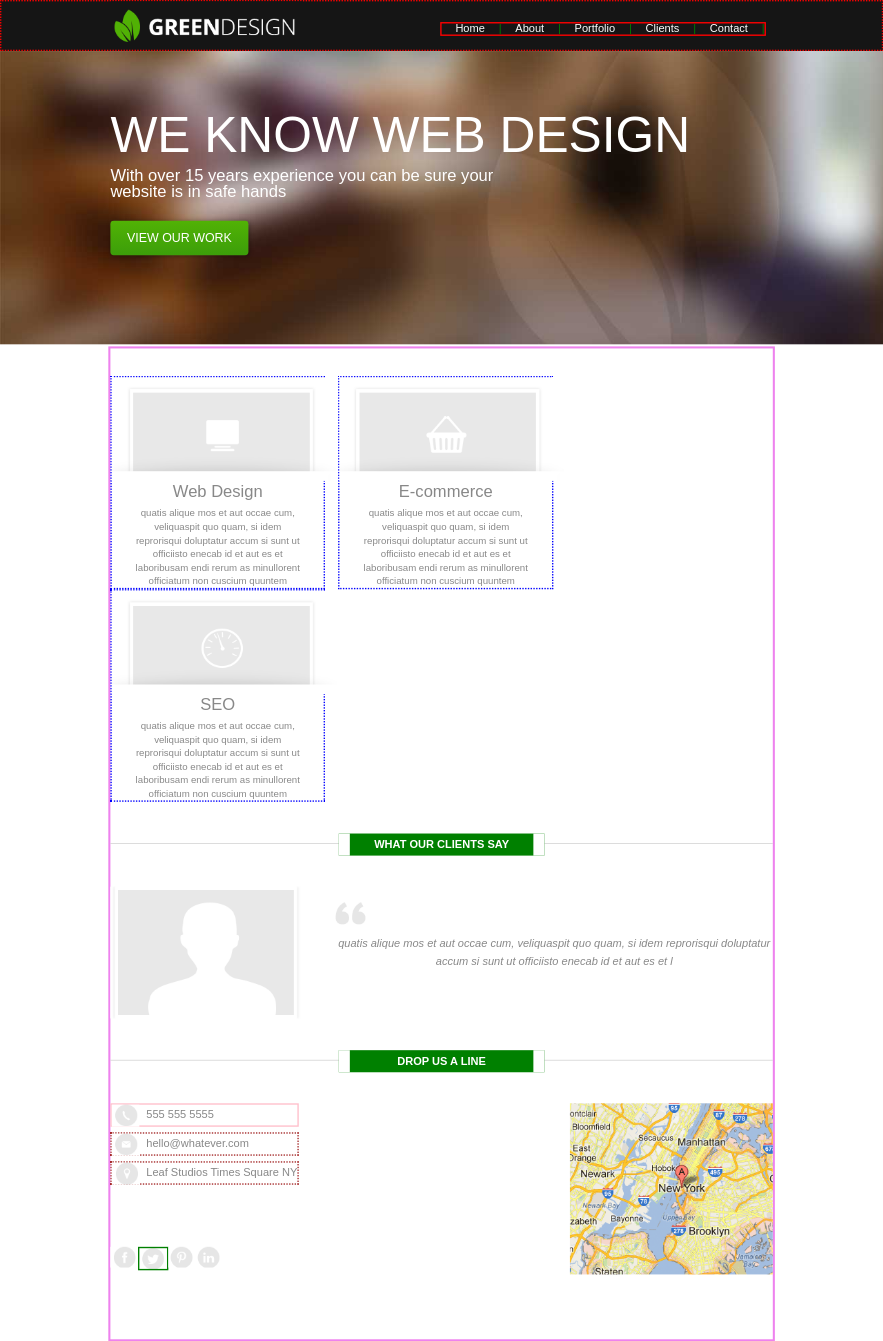
Repository: prathmeshgodbole/Javascript
Page: Basics/Jquery/index.html
These files come from the project's save history. The page is drawn as it stood at one moment and after the next save; the edit follows.
The browser window is 1280 px wide. The pictures show the whole page, at 69% of full size.

Above is the page before, as saved 2020-08-07 15:16:53.

After the next save:
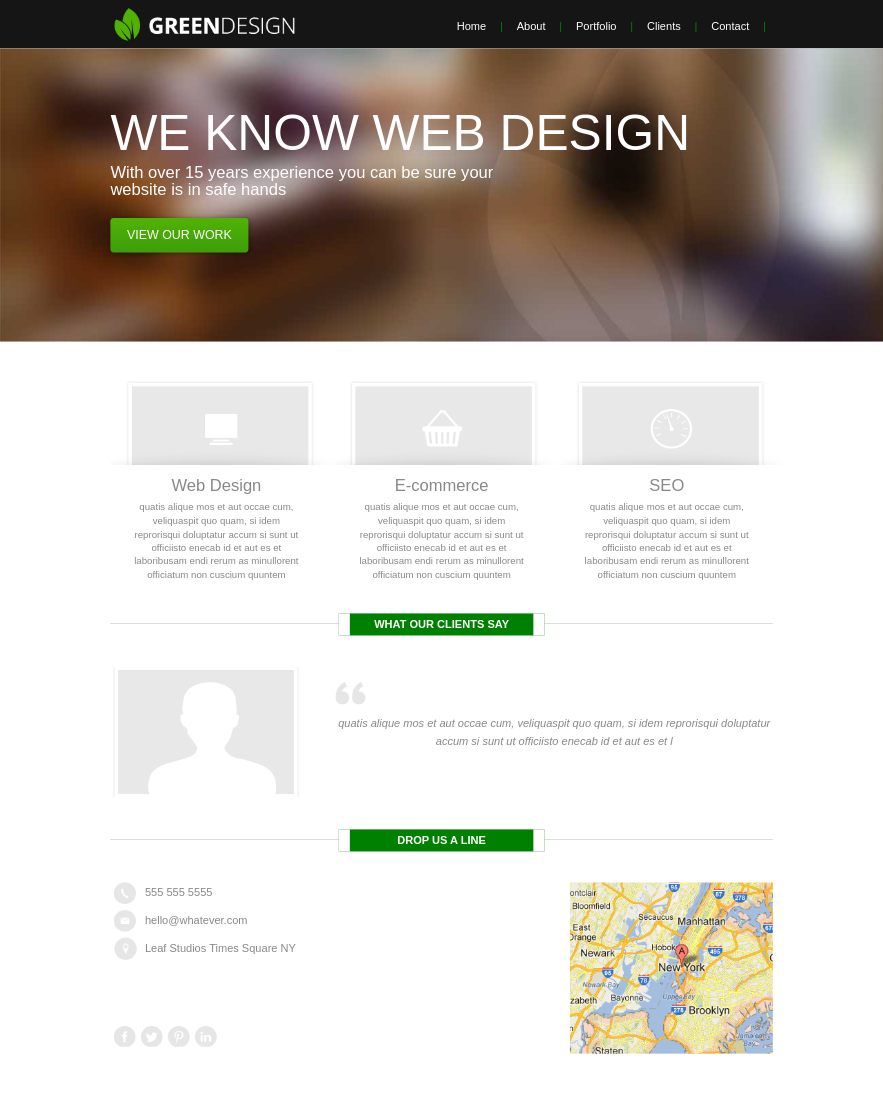
Saved 22 s later.
--- a/Basics/Jquery/index.html
+++ b/Basics/Jquery/index.html
@@ -92,7 +92,7 @@
     <script src="scripts/jquery-3.5.1.js"></script>
     <!-- <script src="scripts/selector.js"></script> -->
     <!-- <script src="scripts/filter.js"></script> -->
-    <script src="scripts/Travers_DOM.js"></script>
+    <!-- <script src="scripts/Travers_DOM.js"></script> -->
 
 </body>
 
